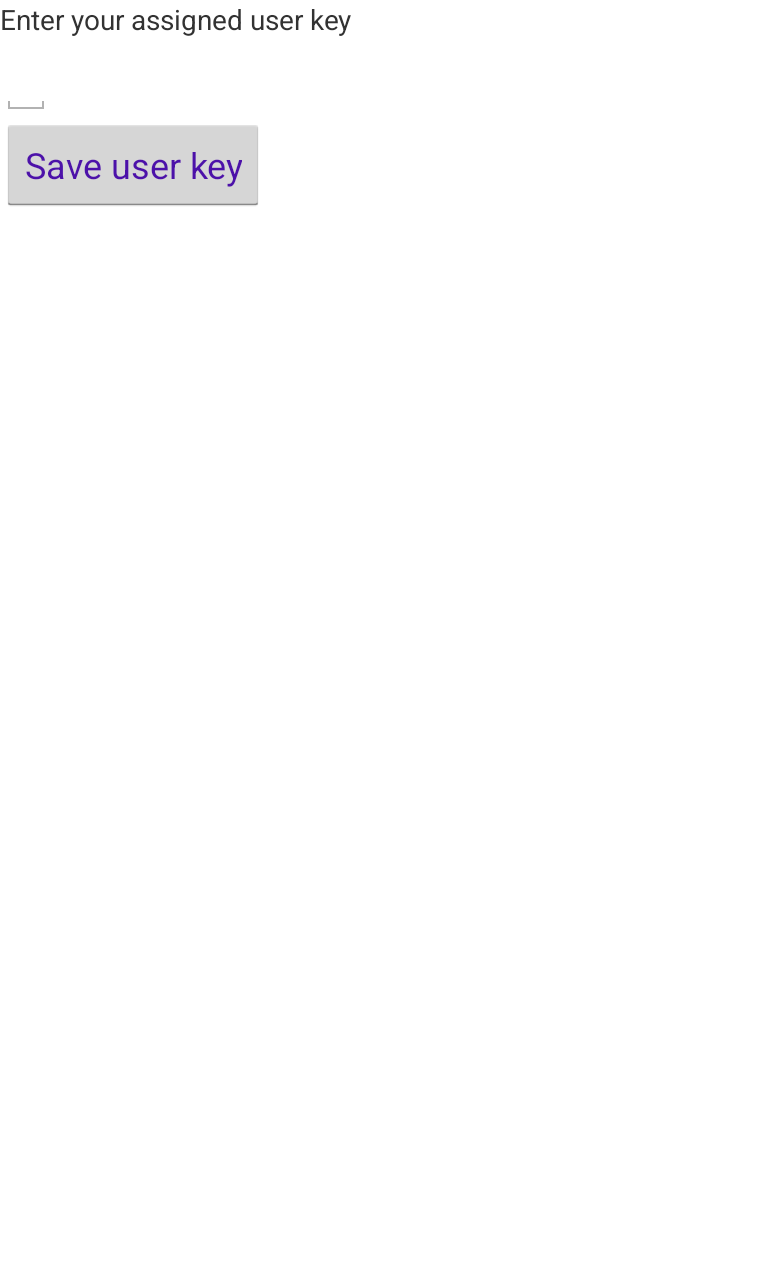
Repository: harvard-lil/wtwba-android-app
Layout: wtwba/res/layout/activity_manage_user.xml
These files come from the project's save history. The layout is drawn as it stood at one moment and after the next save; the edit follows.
It is drawn on a 768 x 1280 px phone screen (xhdpi) without system bars, with theme AppTheme; the app's code is not run.

Above is the layout before, as saved 2013-03-14 18:23:16.

### wtwba/res/layout/activity_manage_user.xml
<?xml version="1.0" encoding="utf-8"?>

<LinearLayout xmlns:android="http://schemas.android.com/apk/res/android"
    xmlns:tools="http://schemas.android.com/tools"
    android:layout_width="match_parent"
    android:layout_height="match_parent"
    android:orientation="vertical"
    >
    <TextView
        android:layout_width="fill_parent"
        android:layout_height="wrap_content"
        android:text="@string/user_name_box_label"
         />

    <EditText android:id="@+id/user_name"
        android:layout_width="wrap_content"
        android:layout_height="wrap_content"
        android:inputType="text" />

    <Button
        android:layout_width="wrap_content"
        android:layout_height="wrap_content"
        android:text="@string/button_save_user_name"
        android:textColor="#4c11a9"
        android:onClick="setUsername" />
</LinearLayout>

### wtwba/res/values/strings.xml
<?xml version="1.0" encoding="utf-8"?>
<resources>

    <string name="app_name">wtwba</string>
    <string name="main_activity_title">Where the Wild Books Are</string>
    <string name="activity_item_details_title">Wild Books</string>
    <string name="activity_scan_title">Wild Books</string>
    <string name="activity_manage_user_title">Wild Books | Manage User</string>
    <string name="activity_location_title">Select your current location</string>
    <string name="user_name_box_label">Enter your assigned user key</string>
    <string name="edit_message">Enter a message</string>
    <string name="loading_message">Loading</string>


    <string name="button_confirm_delete">Delete from list</string>
    <string name="activity_delete_title">Delete an item</string>

    <string name="button_scan">Scan</string>
    <string name="button_item_confrim">Return home</string>
    <string name="button_add">Add to list</string>
    <string name="button_save_user_name">Save user key</string>
    <string name="menu_settings">Settings</string>
    <string name="title_activity_main">MainActivity</string>
    <string name="hello_world">Hello world!</string>
    <string name="title_holder">Sample Title Here</string>
    <string name="connection_error">Unable to connect to network</string>
    <string name="title_activity_display_message">DisplayMessageActivity</string>
    <string name="empty_list">You haven\'t added any items.</string>

</resources>

Loaded but not shown: wtwba/res/values-v11/styles.xml (common file); wtwba/res/values-v14/styles.xml (common file); wtwba/res/values/styles.xml (common file)

After the next save:
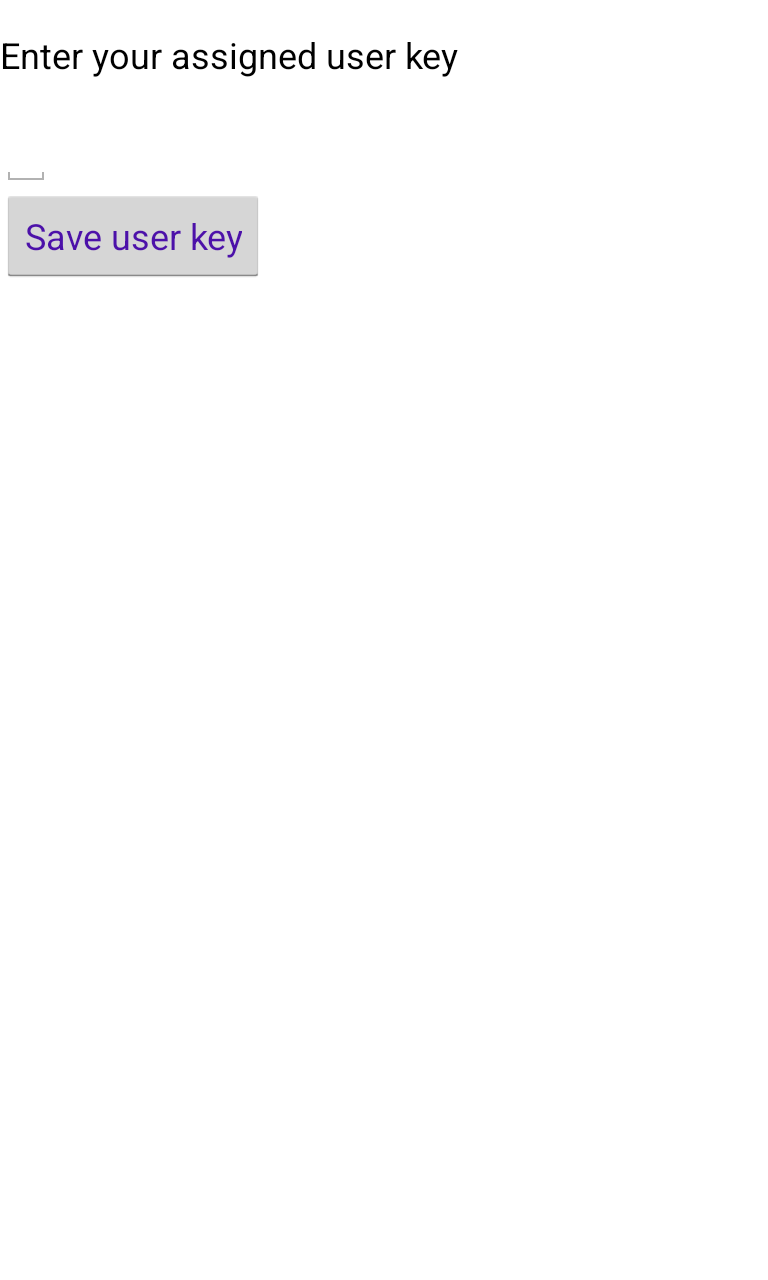
Saved 30 s later.
--- a/wtwba/res/layout/activity_manage_user.xml
+++ b/wtwba/res/layout/activity_manage_user.xml
@@ -9,6 +9,9 @@
     <TextView
         android:layout_width="fill_parent"
         android:layout_height="wrap_content"
+        android:layout_marginTop="15dip"
+        android:layout_marginBottom="15dip"
+        android:textAppearance="?android:attr/textAppearanceMedium"
         android:text="@string/user_name_box_label"
          />
 
